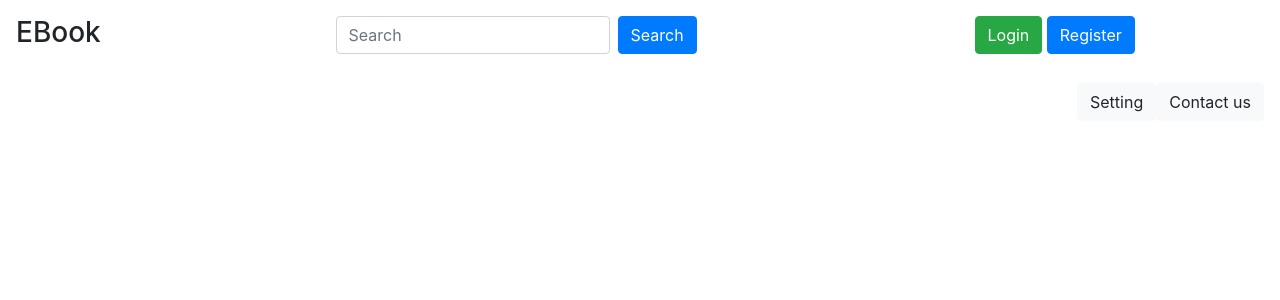
Repository: DaoThanhLam/eProjectKy4
Page: http://localhost/bookma_pro/
An editor plug-in stored every save of this project. The page is shown before and after the next save, followed by the edit.
The browser window is 1280 px wide. The pictures show the whole page.
Some web libraries are served in a nearby version. The page is served by Tomcat 9.

Above is the page before, as saved 2024-11-13 15:14:27.

After the next save:
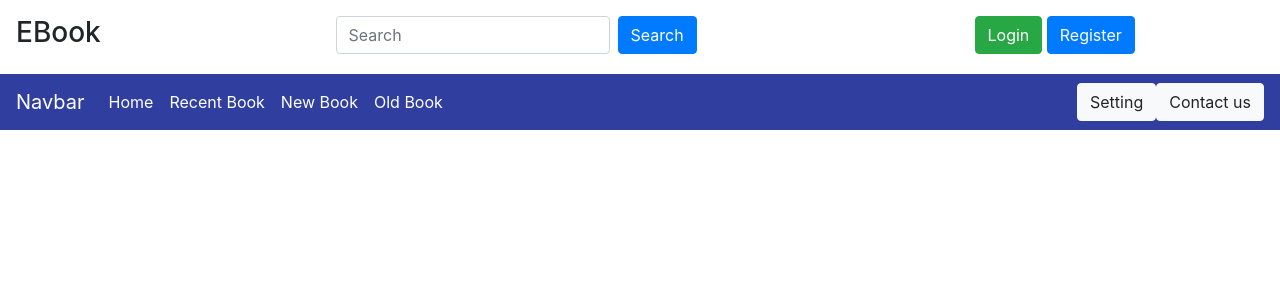
Saved 2 s later.
--- a/bookma_pro/src/main/webapp/components/style.css
+++ b/bookma_pro/src/main/webapp/components/style.css
@@ -1,4 +1,6 @@
-
+.bg-custom{
+	background-color: #303f9f;
+}
 .navbar .nav-item:hover {
 	background-color: white;
 }
